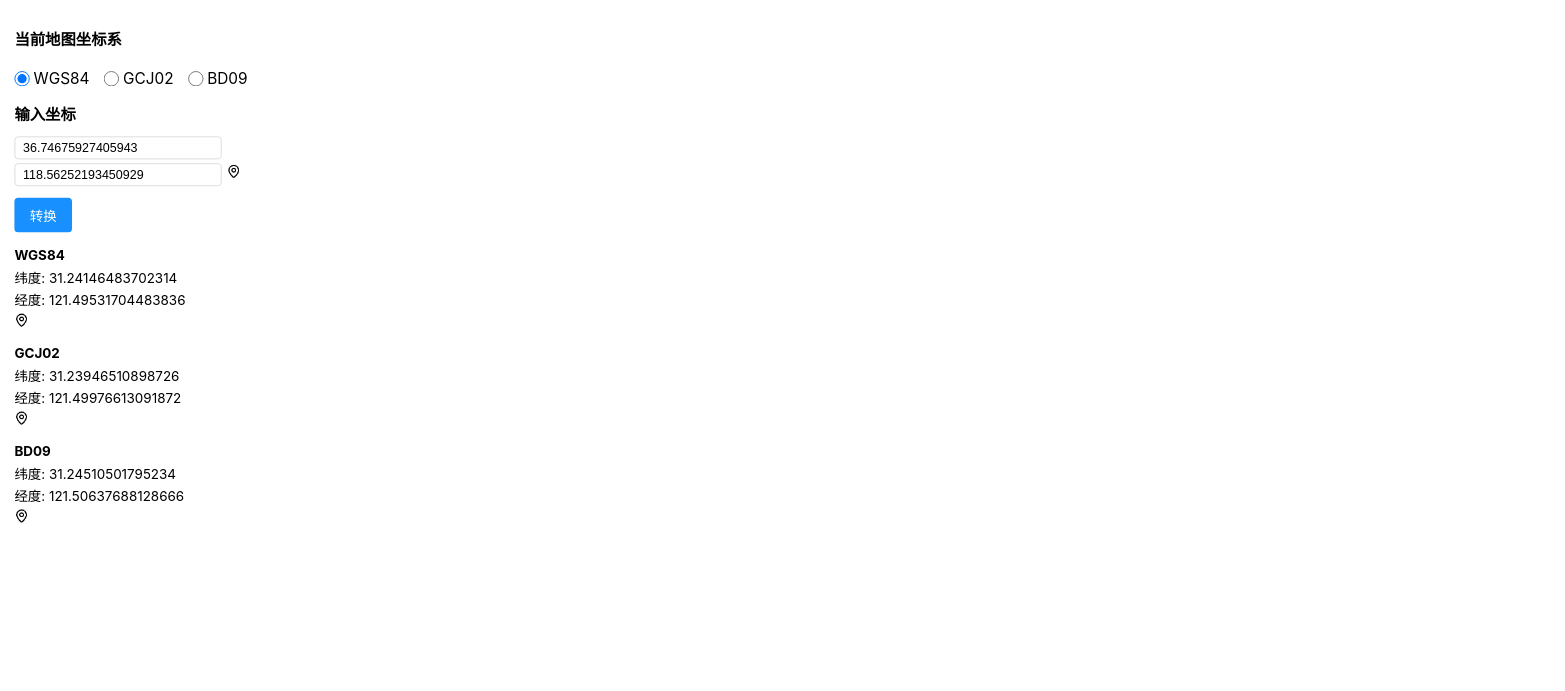
Repository: 1242128273wangpeng/MapTransformTools
Page: popup.html
These files come from the project's save history. The page is drawn as it stood at one moment and after the next save; the edit follows.
The browser window is 1280 px wide. The page is 1630 px wide, so the pictures cover 1630 px, including what lies to the right of the window. The pictures show the whole page, at 96% of full size.

Above is the page before, as saved 2025-01-23 22:37:06.

After the next save:
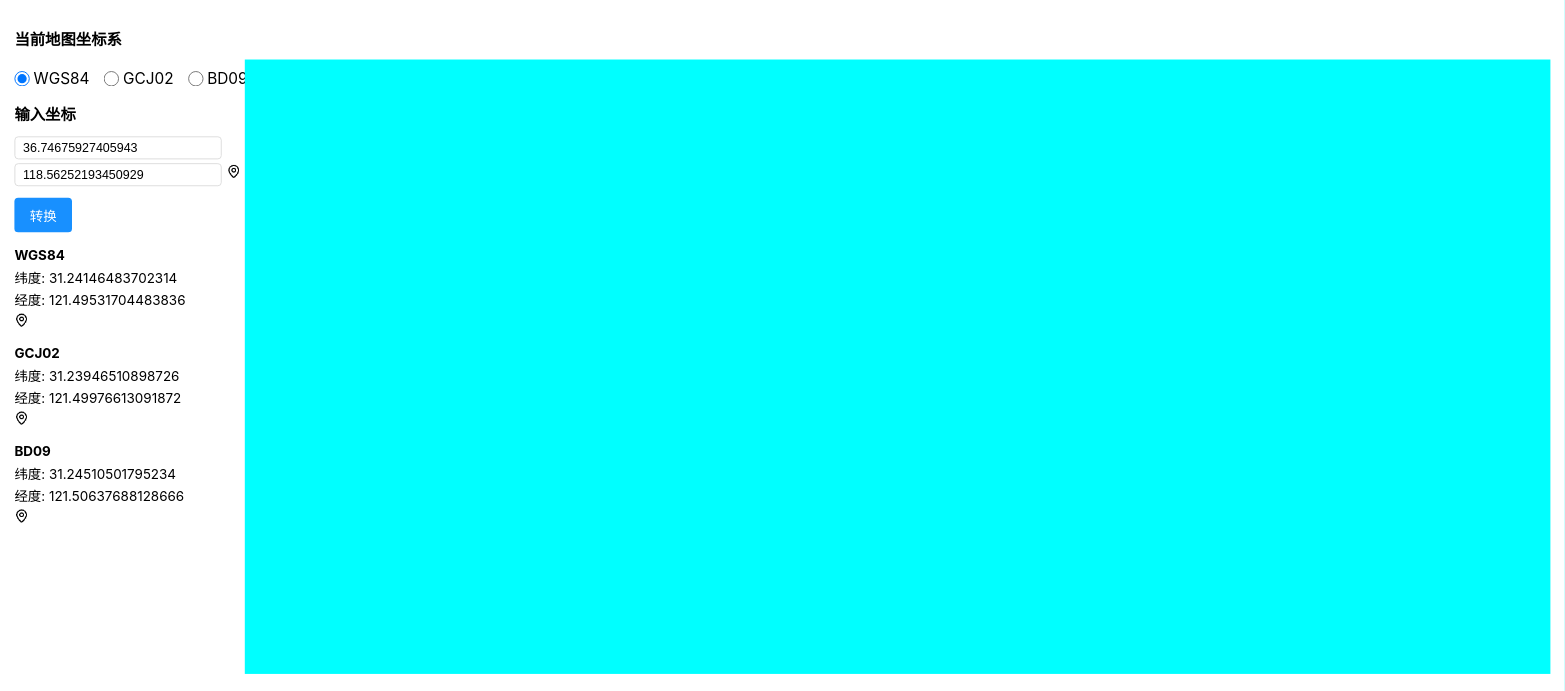
Saved 48 s later.
--- a/popup.html
+++ b/popup.html
@@ -198,7 +198,7 @@
 					</div>
 				</div>
 			</div>
-			<div id="map" style="width: 100%; height: 640px"></div>
+			<div id="map" style="width: 100%; height: 640px;background-color: aqua;"></div>
 		</div>
 	</body>
 
